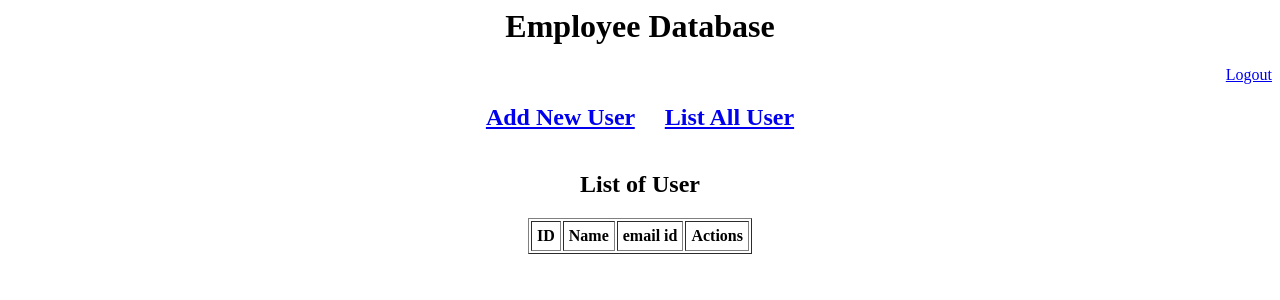
Repository: balu-sadanandan/demo-Shopping-cart-application
Page: http://localhost/shopping-cart/userlist.jsp
These files come from the project's save history. The page is drawn as it stood at one moment and after the next save; the edit follows.
The browser window is 1280 px wide. The pictures show the whole page.
The page is served by Tomcat 9. Other server files are loaded and not shown.

Above is the page before, as saved 2017-09-15 08:32:35.

### shopping-cart/WebContent/userlist.jsp
<%@ page language="java" contentType="text/html; charset=UTF-8"
    pageEncoding="UTF-8"%>
<%@ taglib uri="http://java.sun.com/jsp/jstl/core" prefix="c" %>
<html>
<head>
    <title>Employee operations</title>
</head>
<body>
    <center>
        <h1>Employee Database</h1>
    </center>
    <div align="right">
    <a href="logout">Logout</a>
</div>


    <center>
        <h2>
            <a href="new">Add New User</a>
            &nbsp;&nbsp;&nbsp;
            <a href="list">List All User</a>

        </h2>
    </center>
    <div align="center">
        <table border="1" cellpadding="5">
            <caption><h2>List of User</h2></caption>
            <tr>
                <th>ID</th>
                <th>Name</th>
                <th>email id</th>
                <th>Actions</th>
            </tr>
            <c:forEach var="usr" items="${userlist}">
                <tr>
                    <td><c:out value="${usr.uid}" /></td>
                    <td><c:out value="${usr.name}" /></td>
                    <td><c:out value="${usr.mailid}" /></td>
                    <td>
                        <a href="edit?id=<c:out value='${usr.uid}' />">Edit</a>
                        &nbsp;&nbsp;&nbsp;&nbsp;
                        <a href="delete?id=<c:out value='${usr.uid}' />">Delete</a>
                    </td>
                </tr>
            </c:forEach>
        </table>
    </div>
</body>
</html>

After the next save:
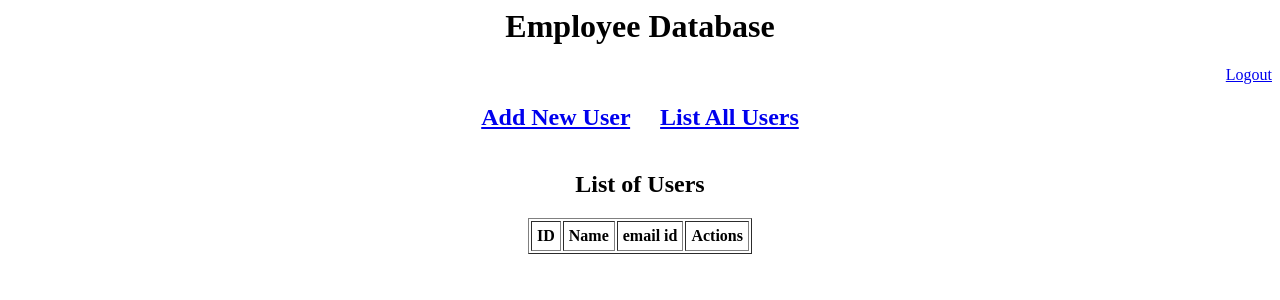
Saved 31 s later.
--- a/shopping-cart/WebContent/userlist.jsp
+++ b/shopping-cart/WebContent/userlist.jsp
@@ -18,13 +18,13 @@
         <h2>
             <a href="new">Add New User</a>
             &nbsp;&nbsp;&nbsp;
-            <a href="list">List All User</a>
+            <a href="list">List All Users</a>
 
         </h2>
     </center>
     <div align="center">
         <table border="1" cellpadding="5">
-            <caption><h2>List of User</h2></caption>
+            <caption><h2>List of Users</h2></caption>
             <tr>
                 <th>ID</th>
                 <th>Name</th>
